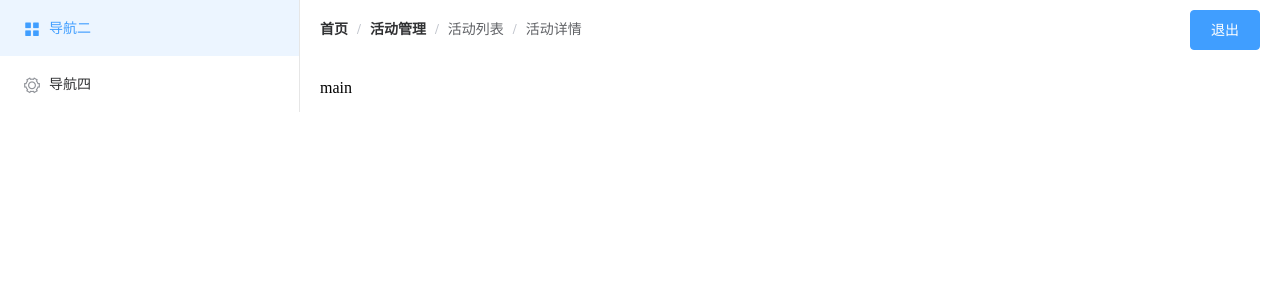
Repository: code1379/vue2-element
Page: / (app in element-admin/)
The author's editor kept a copy of each file at every save. The page is drawn from the files as they stood at one save, then again after the next save.
The browser window is 1280 px wide. The pictures show the whole page.
The project was rebuilt for these pictures with package versions that can differ from the ones it lists, and the page was loaded fresh each time. Also part of the build but not shown: element-admin/vue.config.js.

Above is the page before, as saved 2021-06-14 22:17:10.

### element-admin/src/main.js
import Vue from 'vue';
import App from './App.vue';
import router from './router';
import store from './store';
import ElementUI from 'element-ui';
import 'element-ui/lib/theme-chalk/index.css';
import './assets/css/index.css';
import axios from 'axios';

Vue.config.productionTip = false;

Vue.use(ElementUI);

Vue.prototype.$http = axios;

axios.defaults.baseURL = "http://localhost:8889"

new Vue({
  router,
  store,
  render: (h) => h(App)
}).$mount('#app');

### element-admin/src/App.vue
<template>
  <div id="app">
    <router-view />
  </div>
</template>

<style>

</style>

### element-admin/src/router/index.js
import Vue from 'vue'
import VueRouter from 'vue-router'

Vue.use(VueRouter)

const routes = [
  {
    path: '/',
    redirect: "/home"
  },
  {
    path: '/home',
    name: 'Home',
    component: () => import('../views/home/Home.vue')
  },
  {
    path: '/login',
    name: 'Login',
    component: () => import('../views/login/Login.vue')
  }
];

const router = new VueRouter({
  routes
})

export default router

### element-admin/src/views/home/Home.vue
<template>
  <el-container class="home">
    <el-aside class="sidebar" style="width: 300px">
      <!-- 导航 -->
      <el-menu
        default-active="2"
        class="el-menu-vertical-demo"
        @open="handleOpen"
        @close="handleClose"
      >
        <el-menu-item index="2">
          <i class="el-icon-menu"></i>
          <span slot="title">导航二</span>
        </el-menu-item>
        <el-menu-item index="4">
          <i class="el-icon-setting"></i>
          <span slot="title">导航四</span>
        </el-menu-item>
      </el-menu>
    </el-aside>
    <el-container>
      <el-header class="header">
        <!-- 面包屑 -->
        <el-breadcrumb separator="/">
          <el-breadcrumb-item :to="{ path: '/' }">首页</el-breadcrumb-item>
          <el-breadcrumb-item><a href="/">活动管理</a></el-breadcrumb-item>
          <el-breadcrumb-item>活动列表</el-breadcrumb-item>
          <el-breadcrumb-item>活动详情</el-breadcrumb-item>
        </el-breadcrumb>
        <!-- 退出 -->
        <el-button type="primary" class="exit" @click="logout">退出</el-button>
      </el-header>
      <el-main>main</el-main>
    </el-container>
  </el-container>
</template>

<script>
export default {
  name: "Home",
  methods: {
    logout() {
      // TODO 1. 清除存储信息
      sessionStorage.removeItem("token");
      sessionStorage.removeItem("username");
      sessionStorage.removeItem("id");
      // TODO 2. 跳转到登录页面
      this.$router.push("/login");
    },
  },
};
</script>

<style  scoped>
.home {
  height: 100vh;
}
.header {
  display: flex;
  justify-content: space-between;
  align-items: center;
}
</style>

Loaded but not shown: element-admin/public/index.html (common file); element-admin/src/store/index.js (common file); element-admin/src/assets/css/index.css (common file); element-admin/src/assets/css/reset.css (common file)

After the next save:
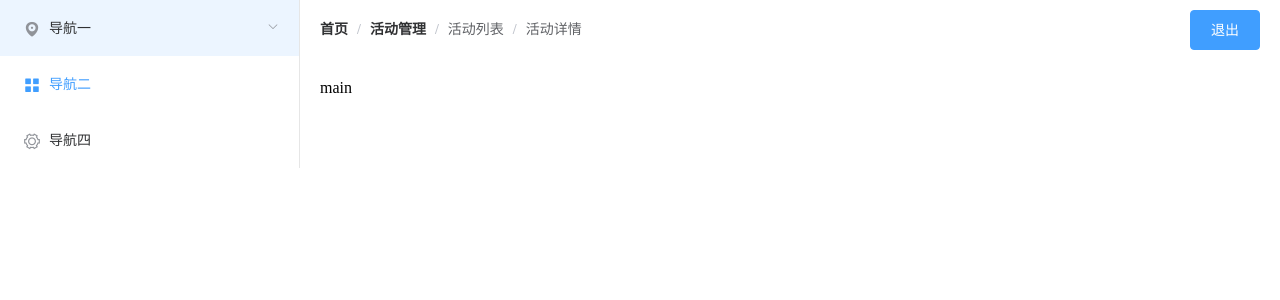
Saved 52 s later.
--- a/element-admin/src/views/home/Home.vue
+++ b/element-admin/src/views/home/Home.vue
@@ -8,6 +8,25 @@
         @open="handleOpen"
         @close="handleClose"
       >
+        <el-submenu index="1">
+          <template slot="title">
+            <i class="el-icon-location"></i>
+            <span>导航一</span>
+          </template>
+          <el-menu-item-group>
+            <template slot="title">分组一</template>
+            <el-menu-item index="1-1">选项1</el-menu-item>
+            <el-menu-item index="1-2">选项2</el-menu-item>
+          </el-menu-item-group>
+          <el-menu-item-group title="分组2">
+            <el-menu-item index="1-3">选项3</el-menu-item>
+          </el-menu-item-group>
+          <el-submenu index="1-4">
+            <template slot="title">选项4</template>
+            <el-menu-item index="1-4-1">选项1</el-menu-item>
+          </el-submenu>
+        </el-submenu>
+        <!--  -->
         <el-menu-item index="2">
           <i class="el-icon-menu"></i>
           <span slot="title">导航二</span>
